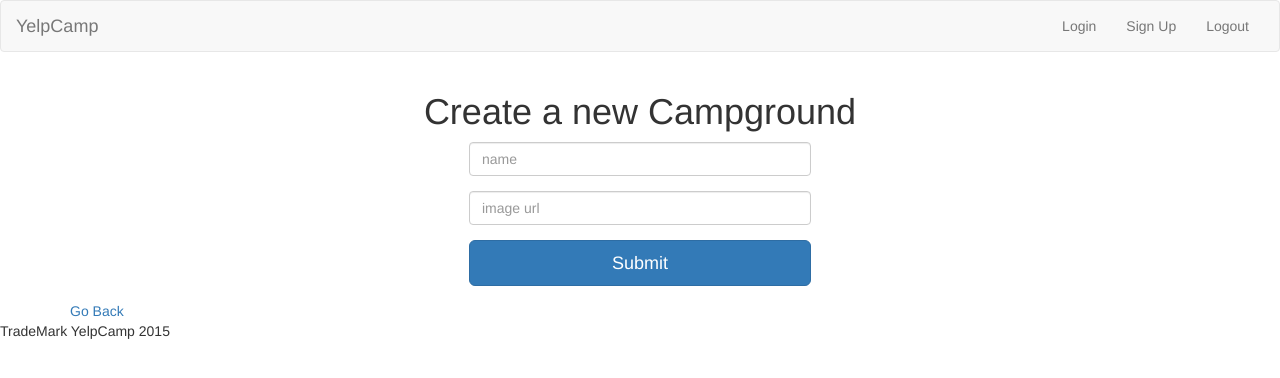
Repository: sanjansawant/Web-Developer-Bootcamp
Page: http://localhost/campgrounds/new
The author's editor kept a record of every edit. The page is drawn from the files as they stood at one moment, then again after the next edit.
The browser window is 1280 px wide. The pictures show the whole page.
Some web libraries are served in a nearby version. The page is served by the project's Node server (YelpCamp/v1/app.js).

Above is the page before.

After the next edit:
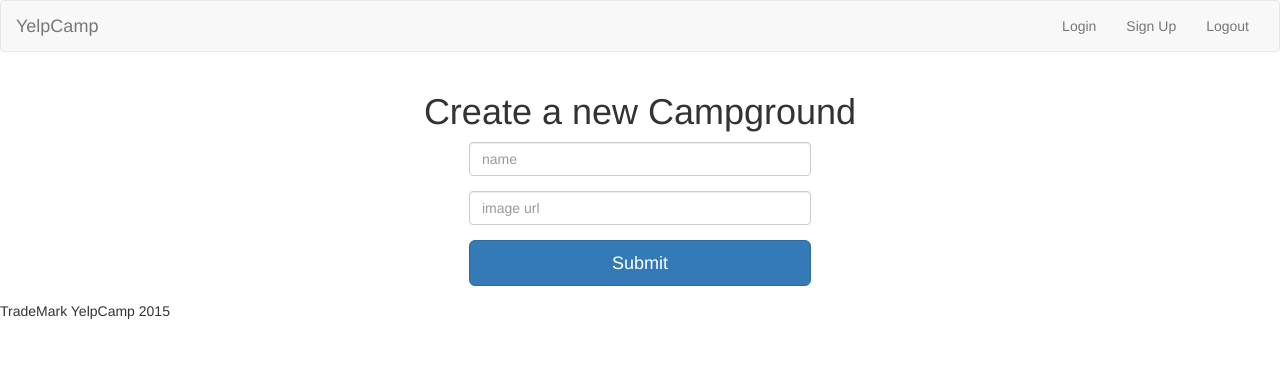
The edit:
--- a/YelpCamp/v1/views/new.ejs
+++ b/YelpCamp/v1/views/new.ejs
@@ -19,6 +19,6 @@
 
             </div>
 
-        <a href="campgrounds">Go Back</a>
+
     </div></div>
 <% include partials/footer %>
